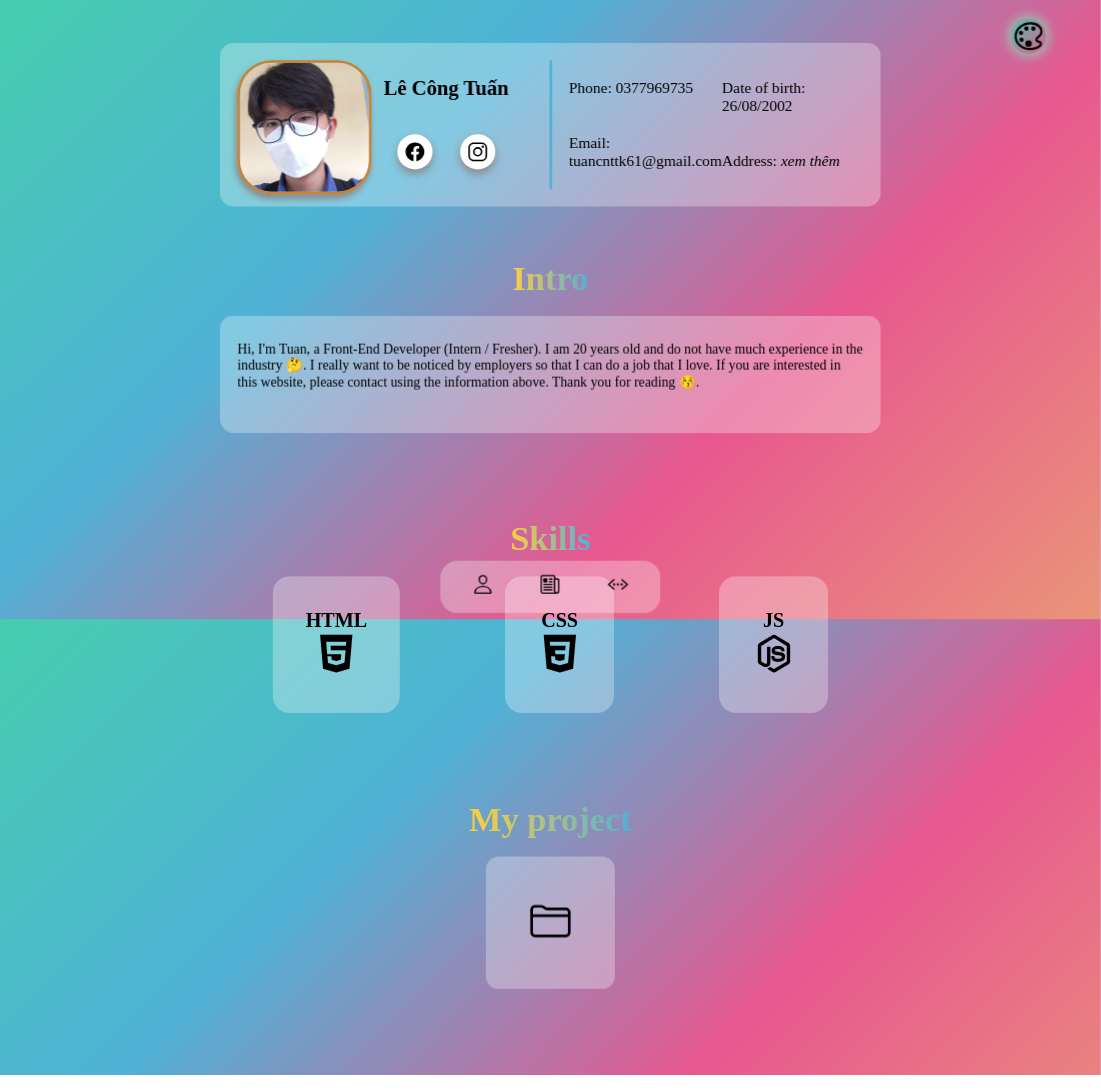
Repository: LeCongTuan2608/Profile
Page: index.html
An editor plug-in stored every save of this project. The page is shown before and after the next save, followed by the edit.
The browser window is 1280 px wide. The pictures show the whole page, at 86% of full size.
Backgrounds fixed to the window are drawn as part of the page. The style sheet was rebuilt from its Sass, Less or Tailwind sources for each picture, by a compiler version that may differ from the author's.

Above is the page before, as saved 2022-05-05 11:47:23.

After the next save:
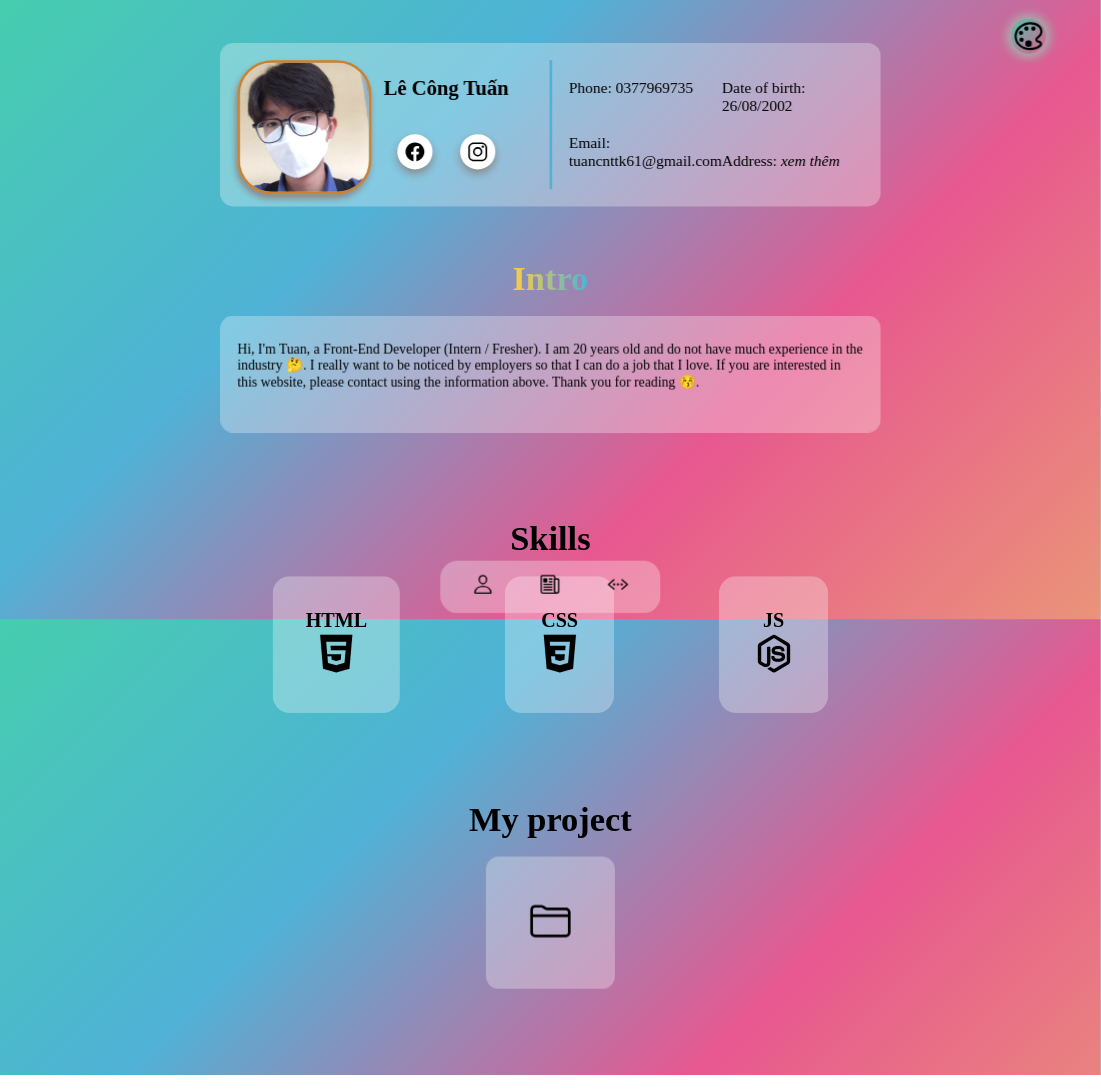
Saved 9 s later.
--- a/sass/style.scss
+++ b/sass/style.scss
@@ -269,7 +269,7 @@ background-color: #a5e296;
     margin-bottom: 20px;
     font-size: 20px;
 }
-.title h1{
+.title .title-h1{
     display: inline-block;
     background-image: linear-gradient( to right,#ffce3d, #4fb2d6);
     color: transparent;

After the save that followed:
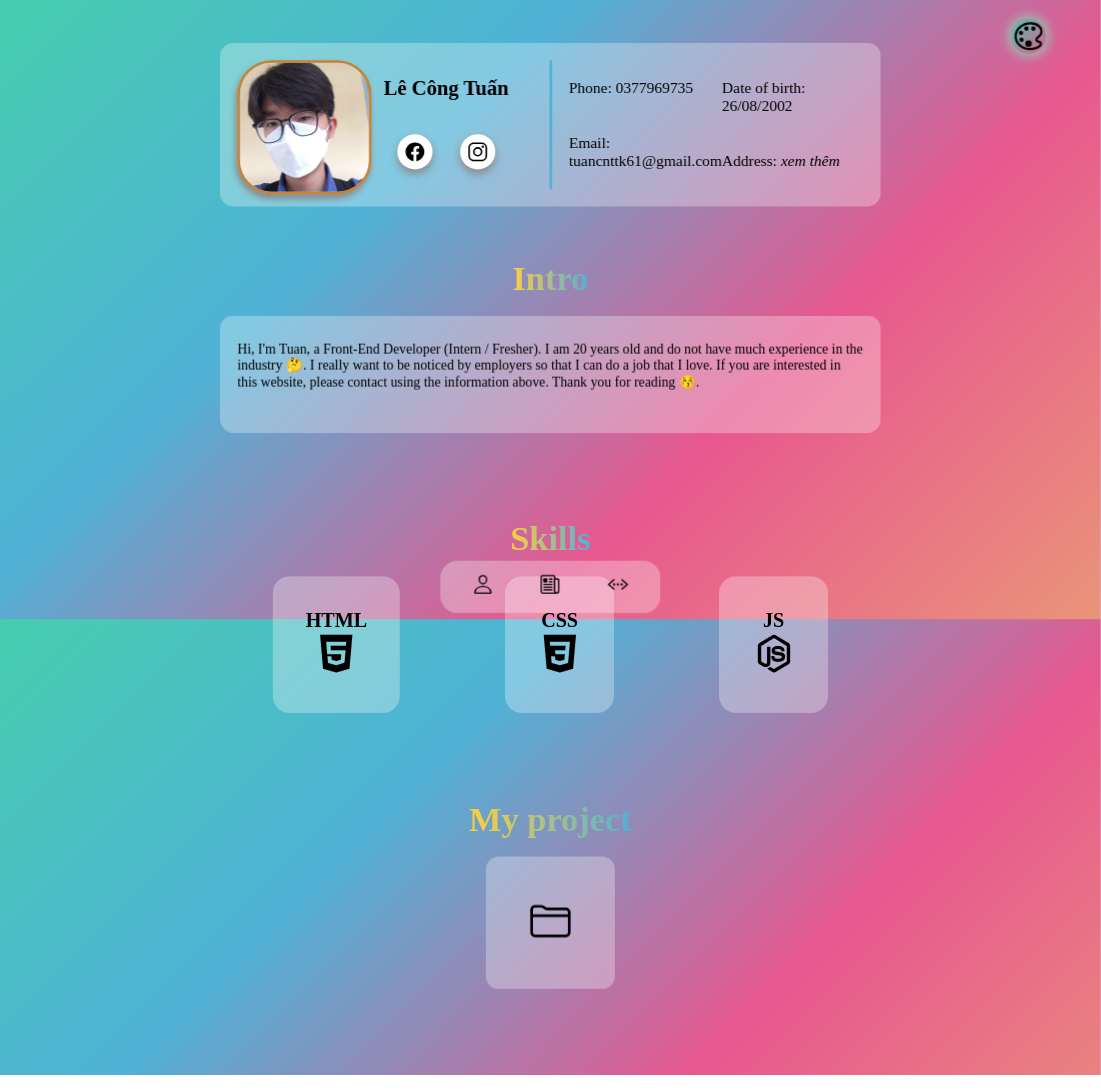
Saved 22 s later.
--- a/index.html
+++ b/index.html
@@ -92,7 +92,7 @@
                <div class="my-skills">
                   <div class="title">
                      <div data-aos="fade-down" data-aos-easing="linear" data-aos-duration="300">
-                        <h1>Skills</h1>
+                        <h1 class="title-h1">Skills</h1>
                      </div>
                   </div>
                   <div class="skills-content">
@@ -118,7 +118,7 @@
                <div class="my-project">
                   <div class="title">
                      <div data-aos="fade-up" data-aos-anchor-placement="bottom-bottom">
-                        <h1>My project</h1>
+                        <h1 class="title-h1">My project</h1>
                      </div>
                   </div>
                   <div class="project-box">
